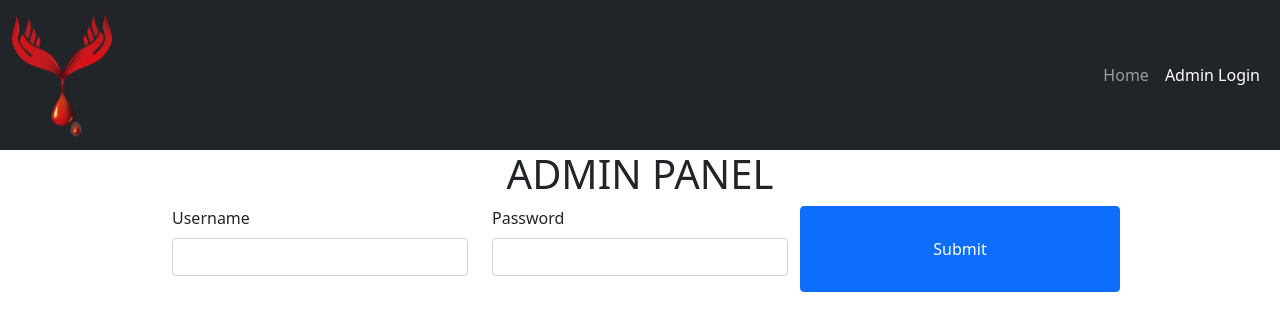
Repository: kshitizJ/Blood-Bank-Management-System-in-jsp
Page: http://localhost/Blood_Bank_Management_System/adminLogin.jsp
The author's editor kept a copy of each file at every save. The page is drawn from the files as they stood at one save, then again after the next save.
The browser window is 1280 px wide. The pictures show the whole page.
The page is served by Tomcat 9.

Above is the page before, as saved 2021-04-27 18:24:31.

After the next save:
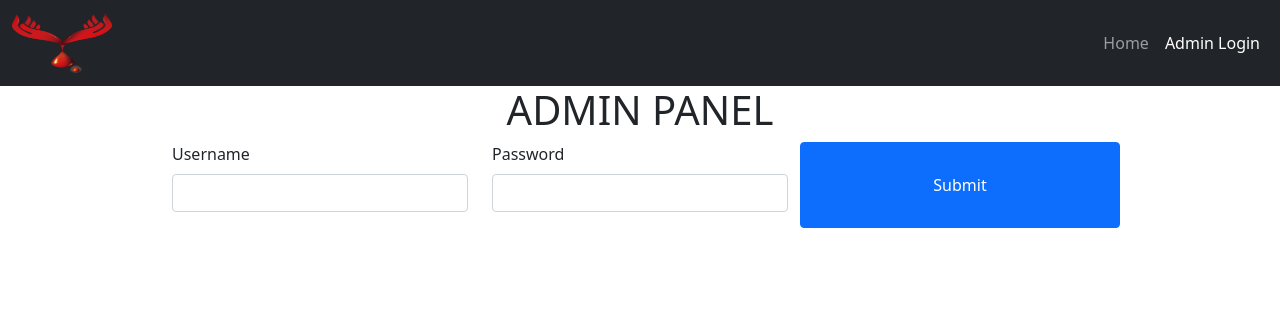
Saved 58 s later.
--- a/Blood Bank Management System/WebContent/adminLogin.jsp
+++ b/Blood Bank Management System/WebContent/adminLogin.jsp
@@ -2,12 +2,12 @@
 <html lang="en">
 
 <head>
-<link rel="stylesheet" href="style.css" type="text/css" media="screen">
 <link
 	href="https://cdn.jsdelivr.net/npm/bootstrap@5.0.0-beta3/dist/css/bootstrap.min.css"
 	rel="stylesheet"
 	integrity="sha384-eOJMYsd53ii+scO/bJGFsiCZc+5NDVN2yr8+0RDqr0Ql0h+rP48ckxlpbzKgwra6"
 	crossorigin="anonymous">
+<link rel="stylesheet" href="style.css" type="text/css" media="screen">
 </head>
 
 <body>
